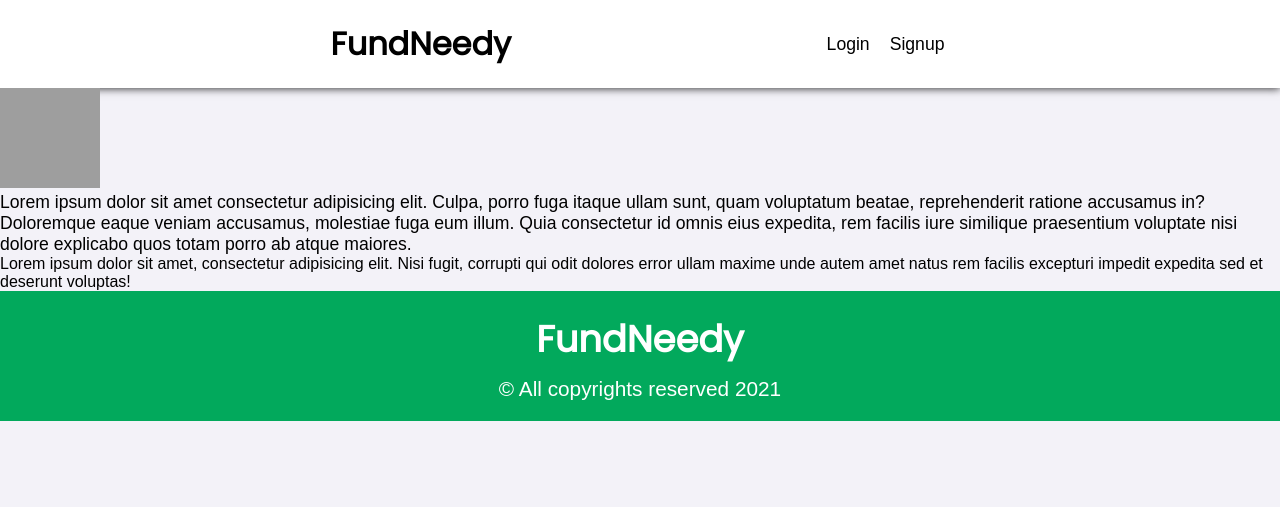
Repository: osdc/codejam
Page: /firmname (app in sassy-sandwiches/fund-needy/)
An editor plug-in stored every save of this project. The page is shown before and after the next save, followed by the edit.
The browser window is 1280 px wide. The pictures show the whole page.
Pictures or frames that could not be fetched are drawn as grey boxes. The project was rebuilt for these pictures with package versions that can differ from the ones it lists, and the page was loaded fresh each time. Also part of the build but not shown: sassy-sandwiches/fund-needy/src/Showcase.css, sassy-sandwiches/fund-needy/src/Showcase.js, sassy-sandwiches/fund-needy/src/Needies.css, sassy-sandwiches/fund-needy/src/Needy.css, sassy-sandwiches/fund-needy/src/Needy.js, sassy-sandwiches/fund-needy/src/Needies.js.

Above is the page before, as saved 2021-01-09 21:59:54.

### sassy-sandwiches/fund-needy/src/App.js
import React from "react";
import "./App.css";
import Navbar from "./Navbar";
import Showcase from "./Showcase";
import Needies from "./Needies";
import Footer from "./Footer";
import { BrowserRouter as Router, Route, Switch } from "react-router-dom";
import FirmFund from "./FirmFund";

function App() {
  return (
    <div className="App">
      <Router>
        <Navbar />
        <Switch>
          <Route exact path="/" component={Showcase} />
          <Route path="/needies" component={Needies} />
          <Route path="/firmname" component={FirmFund} />
        </Switch>
        <Footer />
      </Router>
    </div>
  );
}

export default App;

### sassy-sandwiches/fund-needy/src/App.css
* {
  margin: 0;
  padding: 0;
  font-family: Arial, Helvetica, sans-serif;
}

body {
  background-color: #f3f2f8;
}

### sassy-sandwiches/fund-needy/src/Navbar.js
import React from "react";
import "./Navbar.css";

function Navbar() {
  return (
    <div className="navbar">
      <div className="navbar_logo">
        <h1>FundNeedy</h1>
      </div>
      <div className="navbar_login_signup">
        <button>Login</button>
        <button>Signup</button>
      </div>
    </div>
  );
}

export default Navbar;

### sassy-sandwiches/fund-needy/src/Footer.js
import React from "react";
import "./Footer.css";

function Footer() {
  return (
    <div className="footer">
      <h1>FundNeedy</h1>
      <p>© All copyrights reserved 2021</p>
    </div>
  );
}

export default Footer;

### sassy-sandwiches/fund-needy/src/FirmFund.js
import React from "react";
import "./FirmFund.css";

function FirmFund() {
  return (
    <div className="firmFund">
      <div className="firmFund_image">
        <img
          src="https://i.pinimg.com/originals/ba/fc/15/bafc1525cef9606c5c064694ca8e60fb.jpg"
          alt=""
        />
      </div>
      <div className="firmFund_about">
        <p>
          Lorem ipsum dolor sit amet consectetur adipisicing elit. Culpa, porro
          fuga itaque ullam sunt, quam voluptatum beatae, reprehenderit ratione
          accusamus in? Doloremque eaque veniam accusamus, molestiae fuga eum
          illum. Quia consectetur id omnis eius expedita, rem facilis iure
          similique praesentium voluptate nisi dolore explicabo quos totam porro
          ab atque maiores.
        </p>
      </div>
      <div className="firmFund_need">
        <p>
          Lorem ipsum dolor sit amet, consectetur adipisicing elit. Nisi fugit,
          corrupti qui odit dolores error ullam maxime unde autem amet natus rem
          facilis excepturi impedit expedita sed et deserunt voluptas!
        </p>
      </div>
    </div>
  );
}

export default FirmFund;

### sassy-sandwiches/fund-needy/src/Navbar.css
@import url("https://fonts.googleapis.com/css2?family=Poppins&display=swap");

.navbar {
  display: flex;
  align-items: center;
  justify-content: space-evenly;
  padding: 20px;
  -webkit-box-shadow: 0px 1px 8px 0px rgba(0, 0, 0, 0.75);
  -moz-box-shadow: 0px 1px 8px 0px rgba(0, 0, 0, 0.75);
  box-shadow: 0px 1px 8px 0px rgba(0, 0, 0, 0.75);
  background-color: #fff;
  /* position: sticky; */
  top: 0;
  z-index: 10000;
}

.navbar_logo > h1 {
  font-family: "Poppins", sans-serif;
}

.navbar_login_signup {
  display: flex;
  align-items: center;
  justify-content: space-between;
}

.navbar_login_signup > button:nth-of-type(1) {
  margin-right: 10px;
}

.navbar_login_signup > button {
  padding: 5px;
  font-size: 1.1rem;
  outline: none;
  border: none;
  background-color: #fff;
  cursor: pointer;
  width: 100%;
}

### sassy-sandwiches/fund-needy/src/Footer.css
.footer {
  text-align: center;
  background-color: #02a95c;
  color: #fff;
  padding: 20px;
}

.footer > h1 {
  font-size: 2.3rem;
  font-family: "Poppins";
}

.footer > p {
  font-size: 1.3rem;
  font-weight: 400;
  margin-top: 10px;
}

### sassy-sandwiches/fund-needy/src/FirmFund.css
.firmFund_image > img {
  height: 100px;
  width: 100px;
}

.firmFund_about > p {
  font-size: 1.1rem;
}

Loaded but not shown: sassy-sandwiches/fund-needy/public/index.html (common file); sassy-sandwiches/fund-needy/src/index.js (common file); sassy-sandwiches/fund-needy/src/index.css (common file)

After the next save:
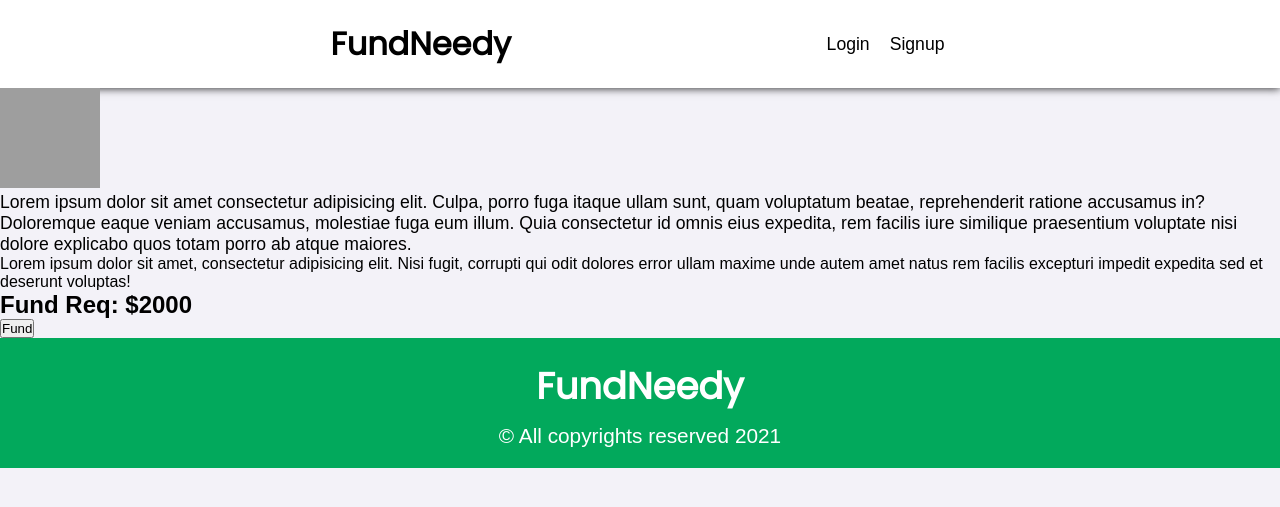
Saved 38 s later.
--- a/sassy-sandwiches/fund-needy/src/FirmFund.js
+++ b/sassy-sandwiches/fund-needy/src/FirmFund.js
@@ -27,6 +27,10 @@ function FirmFund() {
           facilis excepturi impedit expedita sed et deserunt voluptas!
         </p>
       </div>
+      <div className="firmFund_fund">
+        <h2>Fund Req: $2000</h2>
+        <button>Fund</button>
+      </div>
     </div>
   );
 }
